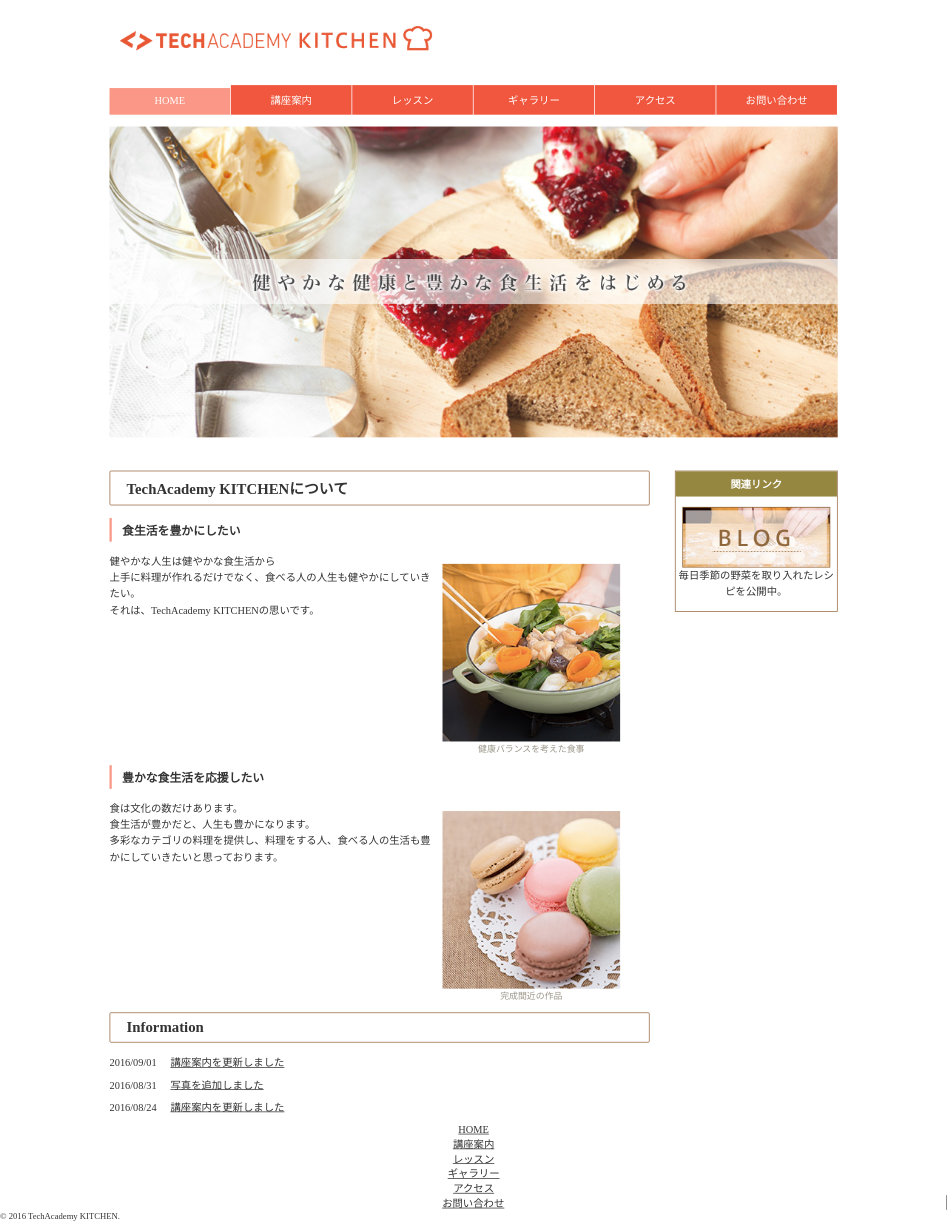
Repository: m1j1nk0/microposts2
Page: lesson-htmlcss/kitchen.html
The author's editor kept a record of every edit. The page is drawn from the files as they stood at one moment, then again after the next edit.
The browser window is 1280 px wide. The pictures show the whole page, at 74% of full size.

Above is the page before.

### lesson-htmlcss/kitchen.html
<!doctype html>
<html lang="ja">
    <head>
        <meta charset="UTF-8">
        <title>Techacademy KITCHEN</title>
        <link rel="stylesheet" href="kitchen.css">
    </head>
    <body>
        <!--ここからヘッダ-->
        <header>
            <h1><a href="kitchen.html"><img src="images_kitchen/logo.png" alt="Techacademy KITCHEN"></a></h1>
            <nav id ="global_navi">
                <ul>
                    <li class="current"><a href="kitchen.html">HOME</a></li>
                    <li><a href="course.html">講座案内</a></li>
                    <li><a href="lesson.html">レッスン</a></li>
                    <li><a href="gallery.html">ギャラリー</a></li>
                    <li><a href="access.html">アクセス</a></li>
                    <li><a href="contact.html">お問い合わせ</a></li>
                </ul>
            </nav>
        </header>
        <!--ヘッダここまで-->


        <!--ここからメインビジュアル画像-->
        <div id="main_visual">
            <img src="images_kitchen/main_visual.jpg" alt="健やかな健康と豊かな食生活をはじめる">
        </div>
        <!--メインビジュアル画像ここまで-->


        <!--ここからwrapper-->
        <div id="wrapper" class="clearfix">
            <!--ここからメイン-->
            <div id="main">
                <section id="point">
                    <h2>TechAcademy KITCHENについて</h2>
                    <section class="clearfix">
                        <h3>食生活を豊かにしたい</h3>
                        <figure>
                            <img src="images_kitchen/photo01.jpg" alt="TechAcademy KITCHENについて">
                            <figcaption>健康バランスを考えた食事</figcaption>
                        </figure>
                        <p>
                            健やかな人生は健やかな食生活から<br>
                            上手に料理が作れるだけでなく、食べる人の人生も健やかにしていきたい。<br>
                            それは、TechAcademy KITCHENの思いです。
                        </p>
                    </section>
                    <section class="clearfix">
                        <h3>豊かな食生活を応援したい</h3>
                        <figure>
                            <img src="images_kitchen/photo02.jpg" alt="TechAcademy KITCHENについて2">
                            <figcaption>完成間近の作品</figcaption>
                        </figure>
                        <p>
                            食は文化の数だけあります。<br>
                            食生活が豊かだと、人生も豊かになります。<br>
                            多彩なカテゴリの料理を提供し、料理をする人、食べる人の生活も豊かにしていきたいと思っております。
                        </p>
                    </section>
                </section>
                <section id="news">
                    <h2>Information</h2>
                    <ul>
                        <li>
                            <span>2016/09/01</span>
                            <a href="course.html">講座案内を更新しました</a>
                        </li>
                        <li>
                            <span>2016/08/31</span>
                            <a href="gallery.html">写真を追加しました</a>
                        </li>
                        <li>
                            <span>2016/08/24</span>
                            <a href="course.html">講座案内を更新しました</a>
                        </li>
                    </ul>
                </section>
            </div>
            <!--メインここまで-->
            <!--ここからサイド-->
            <aside id="sidebar">
                <section id="side_banner">
                    <h2>関連リンク</h2>
                    <ul>
                        <li>
                            <a href="https://techacademy.jp/magazine/" target="_blank"><img src="images_kitchen/banner01.jpg" alt="ブログ"></a>
                            <p>毎日季節の野菜を取り入れたレシピを公開中。</p>
                        </li>
                    </ul>

                </section>
            </aside>
            <!--サイドここまで-->
        </div>
        <!--wrapperここまで-->


        <!--ここからfooter-->
        <footer>
            <div id="footer_navi">
                <ul>
                    <li><a href="kitchen.html">HOME</a></li>
                    <li><a href="course.html">講座案内</a></li>
                    <li><a href="lesson.html">レッスン</a></li>
                    <li><a href="gallery.html">ギャラリー</a></li>
                    <li><a href="access.html">アクセス</a></li>
                    <li><a href="contact.html">お問い合わせ</a></li>
                </ul>
            </div>
            <small>&copy; 2016 TechAcademy KITCHEN.</small>
        </footer>
        <!--ffooterここまで-->


    </body>
</html>

### lesson-htmlcss/kitchen.css
@charset "UTF-8";

body{
    margin: 0;
    padding: 0;
    color: #333;
    font-size: 14px;
}

a{
    color: #333;
}

a:visited{
    color: #333;
}

a:hober{
    color:#333;
    font-weight: 700;
    text-decoration: none;
}


h1,h2,h3,h4,h5,h6{
    margin-top: 0;
}


p{
    margin-top: 0;
    line-height: 1.6;
}

img{
    vertical-align: bottom;
}

#main h2{
    background: #fff;
    font-size: 20px;
    padding: 8px 22px;
    border-radius: 2px;
    border: 1px solid #956840;
}

#main h3{
    font-size: 16px;
    border-left: solid 3px #fa9786;
    padding: 4px 9px 4px 14px;
}

header{
    width: 984px;
    margin: 0 auto;
}

header h1{
    margin: 5px 0 10px;
}

#global_navi{
    margin-bottom: 16px;
}

/*
#global_navi ul{
    list-style: none;
    margin: 0;
    padding: 0;
}

#global_navi ul li{
    display: inline-block;
    width: 164px;
    text-align: center;
}
*/

#global_navi ul li a{
    display:block;
    padding:10px 16px;
    background-color:#f0573e;
    color:#fff;
    text-decoration:none;
    transition:background-color .2s linear;    /*これなに？*/
}

#global_navi ul{
    font-size: 0;
    list-style: none;
    margin: 0;
    padding: 0;
}

#global_navi ul li{
    font-size: 14px;
    display: inline-block;
    width: 163px;
    margin-right: 1px;
    text-align: center;
}

#global_navi ul li.current a {
    background-color: #fa9786;
}

#global_navi ul li a:hover{
    background-color : #fa9786;
}


#main_visual{
    width: 984px;
    height: 440px;
    margin: 0 auto 25px;
}

#wrapper{
    width:984px;
    margin: 0 auto;
}

#main{
    width: 730px;
    float: left;
}

#sidebar{
    width: 220px;
    float: right;
}

.clearfix::after{
    content: '';
    display: block;
    clear: both;
}

#point figure{
    float:right;
    margin-left:16px;
}

#point figcaption{
    font-size: 12px;
    color: #9C9689;
    text-align: center;
}

#news ul{
    list-style: none;
    padding: 0;
}

#news li{
    margin-bottom:10px;
}

#news li a{
    margin-left:15px;
}



#side_banner ul{
    list-style: none;
    padding: 0;
}

#side_banner{
    margin-bottom: 30px;
    border: 1px solid #956840;
    text-align: center;
}

#side_banner h2{
    background-color: #958640;
    color:#fff;
    padding: 7px;
    font-size:14px;
    text-align: center;
}




footer #footer_navi ul{
    list-style:none;
    margin:0;
    padding:0;
    text-align:center;
}

fotter{
    background-color: #956840;
    text-align:center;
}
footer #fotter_navi{
    background-color: #f0f0f0;
    padding: 10px 0;
}

footer #fotter_navi li{
    display: inline;
    border-left: solid 1px #333;
    margin-left: 8px;
    padding-left: 8px;
    font-size: smaller;
}

footer #footer_navi li:last-child{
    border-right: solid 1px #333;
    padding: 0 8px;
}

After the next edit:
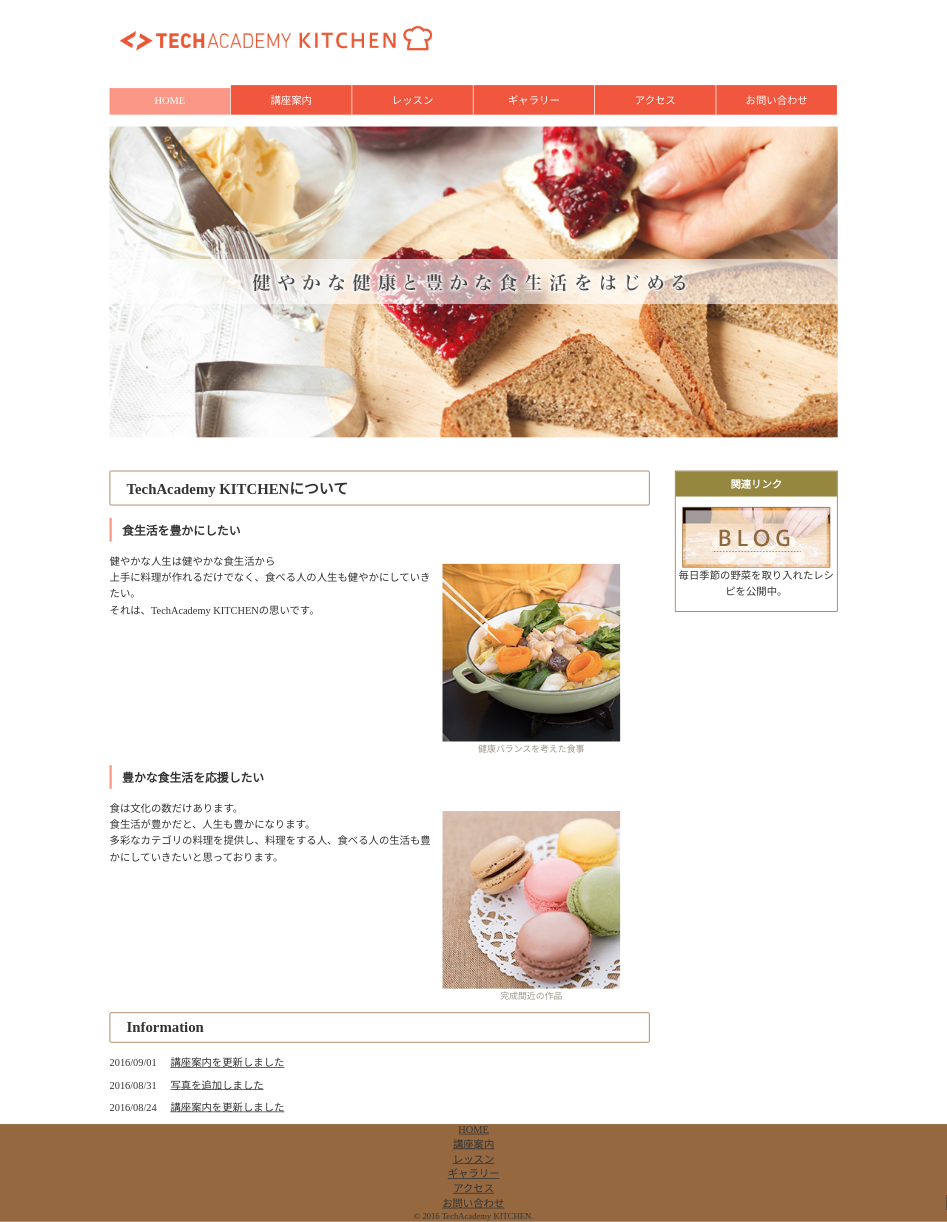
The edit:
--- a/lesson-htmlcss/kitchen.css
+++ b/lesson-htmlcss/kitchen.css
@@ -192,7 +192,7 @@
     text-align:center;
 }
 
-fotter{
+footer{
     background-color: #956840;
     text-align:center;
 }
